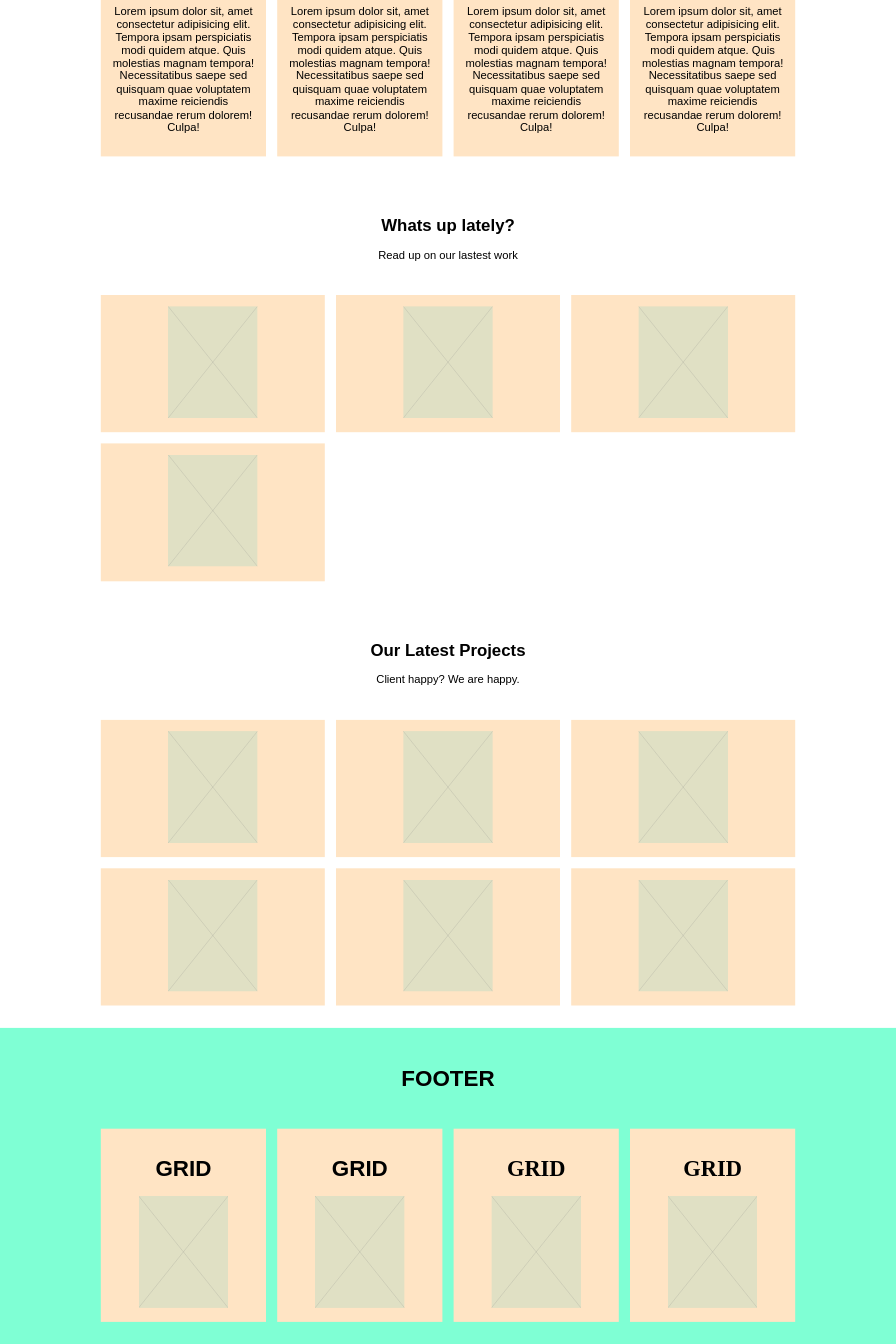
Repository: jjennbui/MDIA2003G-Assignment03B
Page: index.html
The author's editor kept a copy of each file at every save. The page is drawn from the files as they stood at one save, then again after a run of saves.
The browser window is 1280 px wide. The pictures show the part of the page from y = 1009 to 2929 px (the page is 2929 px tall before and 2717 px after), at 70% of full size.

Above is the page before, as saved 2023-02-01 14:05:23.

After the next 3 saves:
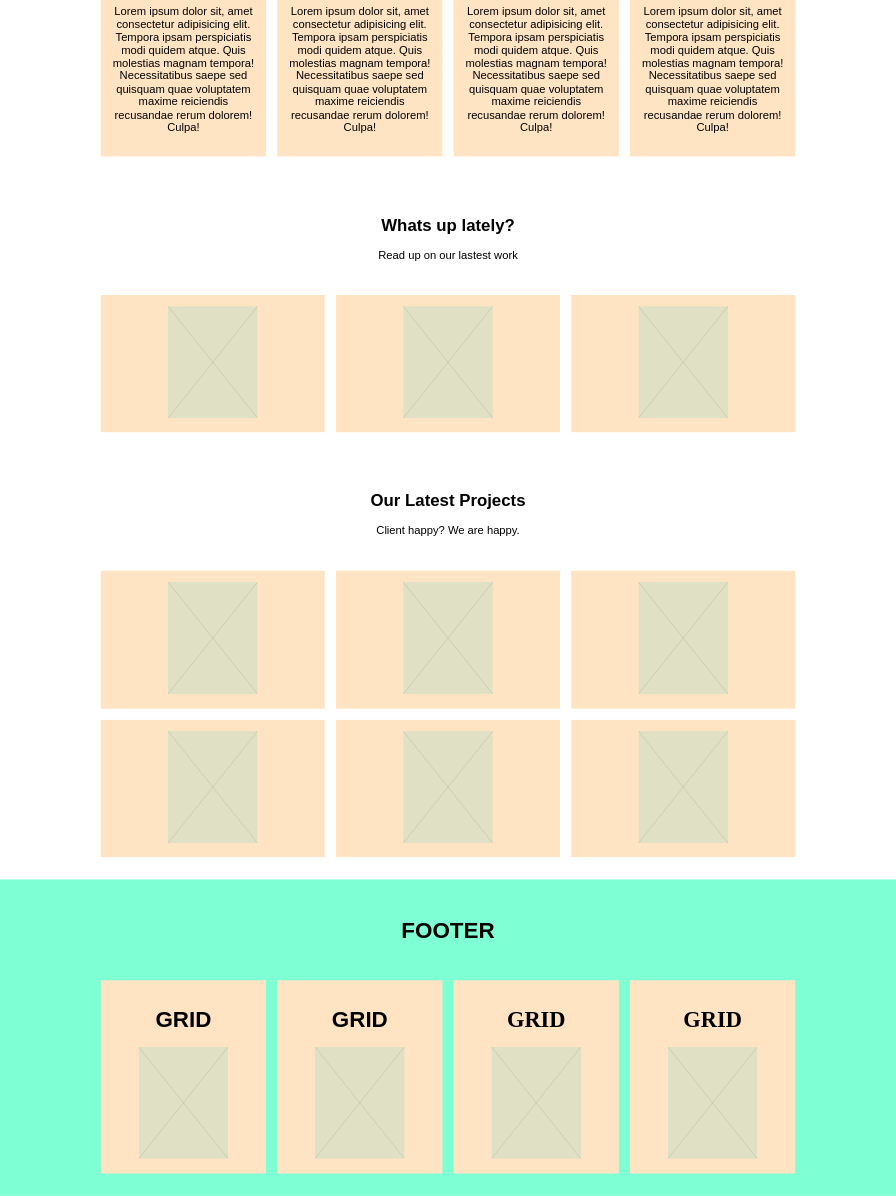
The 3 saves are shown as one change because they came seconds apart.
The last was saved 29 s later.
--- a/index.html
+++ b/index.html
@@ -132,13 +132,13 @@
       <div class="col">
         <img src="img/placeholder (1).svg">
       </div>
-      <div class="col">
-        <img src="img/placeholder (1).svg">
-      </div>
-    </div>
-  </div>
-
-  <div class="latest-projects">
+      <div class="column">
+        <img src="img/placeholder (1).svg">
+      </div>
+    </div>
+  </div>
+
+  <div class="">
     <div class="text">
       <h2>Our Latest Projects</h2>
       <p>Client happy? We are happy.</p>
